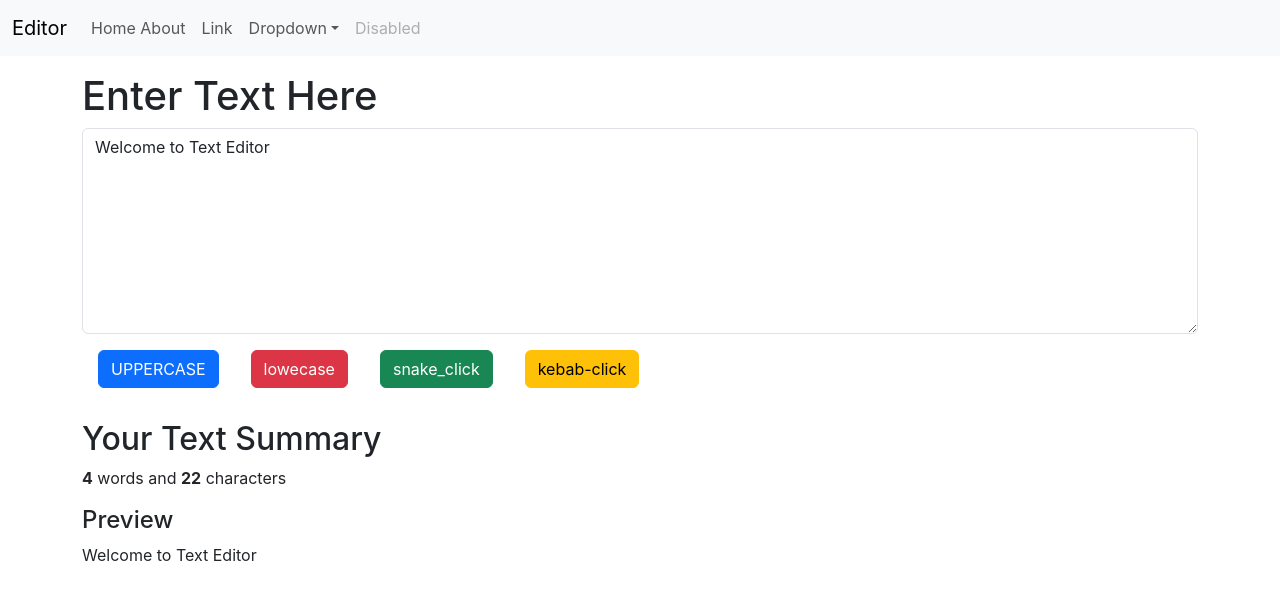
Repository: Shubham-tawar/Text-editor
Page: /
An editor plug-in stored every save of this project. The page is shown before and after a run of saves, followed by the edit.
The browser window is 1280 px wide. The pictures show the whole page.
The project was rebuilt for these pictures with package versions that can differ from the ones it lists, and the page was loaded fresh each time. Also part of the build but not shown: src/App.css.

Above is the page before, as saved 2025-07-07 16:44:48.

After the next 2 saves:
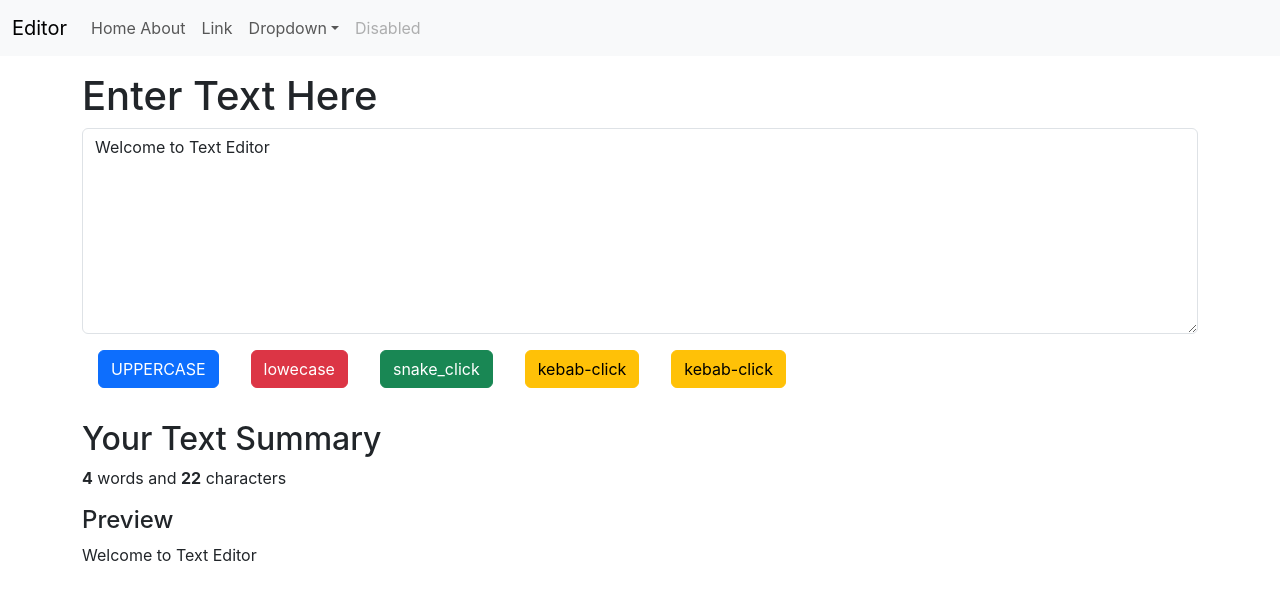
The 2 saves are shown as one change because they came seconds apart.
The last was saved 3 h 40 min later.
--- a/src/components/Textform.js
+++ b/src/components/Textform.js
@@ -42,6 +42,7 @@ export default function Textform(props) {
             <button type='button' className="btn btn-danger m-3" onClick={handleLowClick}>lowecase</button>
             <button type='button' className="btn btn-success m-3" onClick={handleSnakeClick}>snake_click</button>
             <button type='button' className="btn btn-warning m-3" onClick={handleKebabClick}>kebab-click</button>
+            <button type='button' className="btn btn-warning m-3" onClick={handleKebabClick}>kebab-click</button>
         </form>
         <div className="container">
             <h2>Your Text Summary</h2>
